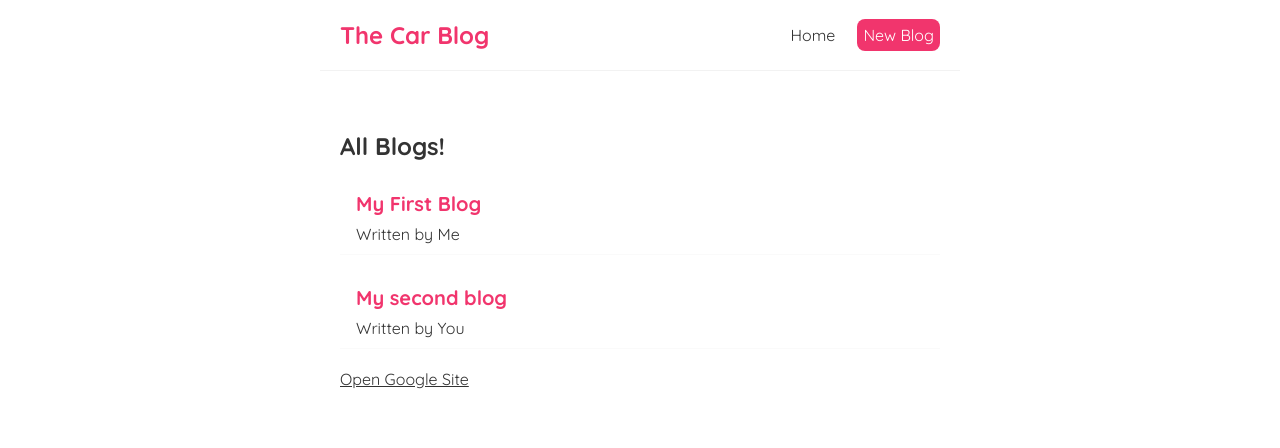
Repository: anuragkej/blogster
Page: /
These files come from the project's save history. The page is drawn as it stood at one moment and after the next save; the edit follows.
The browser window is 1280 px wide. The pictures show the whole page.
The project was rebuilt for these pictures with package versions that can differ from the ones it lists, and the page was loaded fresh each time. Requests to the local data server were answered from the project's data file.

Above is the page before, as saved 2024-09-05 14:32:37.

### src/index.css
@import url("https://fonts.googleapis.com/css2?family=Quicksand:wght@300;400;500;600;700&display=swap");

* {
  margin: 0;
  font-family: "Quicksand";
  color: #333;
}
.navbar {
  padding: 20px;
  display: flex;
  align-items: center;
  max-width: 600px;
  margin: 0 auto;
  border-bottom: 1px solid #f2f2f2;
}
.navbar h1 {
  color: #f1356d;
}
.navbar .links {
  margin-left: auto;
}
.navbar a {
  margin-left: 16px;
  text-decoration: none;
  padding: 6px;
}
.navbar a:hover {
  color: #f1356d;
}
.content {
  max-width: 600px;
  margin: 40px auto;
  padding: 20px;
}
/* blog previews / list */
.blog-preview {
  padding: 10px 16px;
  margin: 20px 0;
  border-bottom: 1px solid #fafafa;
}
.blog-preview:hover {
  box-shadow: 1px 3px 5px rgba(0, 0, 0, 0.1);
}
.blog-preview h2 {
  font-size: 20px;
  color: #f1356d;
  margin-bottom: 8px;
}

### src/App.js
import Navbar from "./Navbar";
import Home from "./Home";

function App() {
  const title = "Welcome to Blogster";
  const likes = 50;
  const link = "http://www.google.com";

  // react converts everything to string before outputting to browser, so don't need to worry about typecasting

  return (
    <div className="App">
      <Navbar></Navbar>
      <div className="content">
        <Home />

        <a href={link}>Open Google Site</a>
      </div>
    </div>
  );
}

export default App;

### src/Navbar.js
const Navbar = () => {
  return (
    <nav className="navbar">
      <h1>The Car Blog</h1>
      <div className="links">
        <a href="/">Home</a>
        <a
          href="/create"
          style={{
            color: "white",
            backgroundColor: "#f1356d",
            borderRadius: "8px",
          }}
        >
          New Blog
        </a>
      </div>
    </nav>
  );
};

export default Navbar;

### src/Home.js
import { useState, useEffect } from "react";
import BlogList from "./BlogList";

const Home = () => {
  const [blogs, setBlogs] = useState(null);

  const [name, setName] = useState("mario");

  const handleDelete = (id) => {
    const newBlogs = blogs.filter((blog) => blog.id !== id);
    setBlogs(newBlogs);
  };

  /* fires on initial render, so doesn't matter if code changes */
  useEffect(() => {
    fetch("http://localhost:8000/blogs")
      .then((res) => {
        return res.json();
      })
      .then((data) => {
        setBlogs(data);
      });
  }, []);

  return (
    <div className="home">
      {/* blos={blogs} is a prop */}
      {blogs && (
        <BlogList
          blogs={blogs}
          title="All Blogs!"
          handleDelete={handleDelete}
        />
      )}
      {/* <button onClick={() => setName("luigi")}>change name</button>
      <p>{name}</p> */}
    </div>
  );
};

export default Home;

### src/BlogList.js
const BlogList = ({ blogs, title }) => {
  //   const blogs = props.blogs;
  //   const title = props.title;
  //   const handleDelete = props.handleDelete;

  return (
    <div className="blog-list">
      <h2>{title}</h2>
      {blogs.map((blog) => (
        <div className="blog-preview" key={blog.id}>
          <h2>{blog.title}</h2>
          <p>Written by {blog.author}</p>
        </div>
      ))}
    </div>
  );
};

export default BlogList;

### data/db.json
{
  "blogs": [
    {
      "title": "My First Blog",
      "body": "Sample Body",
      "author": "Me",
      "id": 1
    },
    {
      "title": "My second blog",
      "body": "Another sample",
      "author": "You",
      "id": 2
    }
  ]
}

Loaded but not shown: public/index.html (common file); src/index.js (common file)

After the next save:
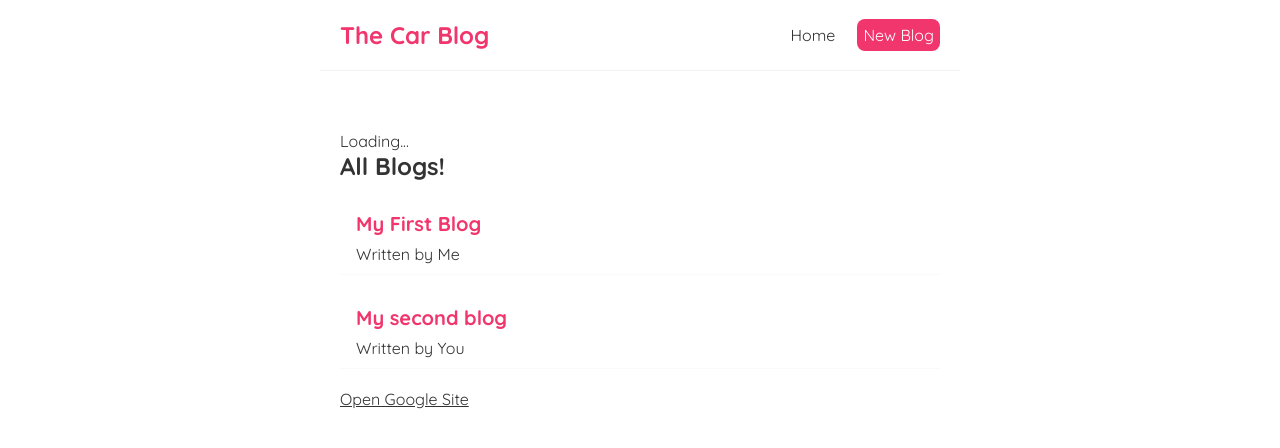
Saved 73 s later.
--- a/src/Home.js
+++ b/src/Home.js
@@ -3,13 +3,9 @@
 
 const Home = () => {
   const [blogs, setBlogs] = useState(null);
+  const [isPending, setIsPending] = useState(true);
 
   const [name, setName] = useState("mario");
-
-  const handleDelete = (id) => {
-    const newBlogs = blogs.filter((blog) => blog.id !== id);
-    setBlogs(newBlogs);
-  };
 
   /* fires on initial render, so doesn't matter if code changes */
   useEffect(() => {
@@ -25,13 +21,8 @@
   return (
     <div className="home">
       {/* blos={blogs} is a prop */}
-      {blogs && (
-        <BlogList
-          blogs={blogs}
-          title="All Blogs!"
-          handleDelete={handleDelete}
-        />
-      )}
+      {isPending && <div>Loading...</div>}
+      {blogs && <BlogList blogs={blogs} title="All Blogs!" />}
       {/* <button onClick={() => setName("luigi")}>change name</button>
       <p>{name}</p> */}
     </div>

After the save that followed:
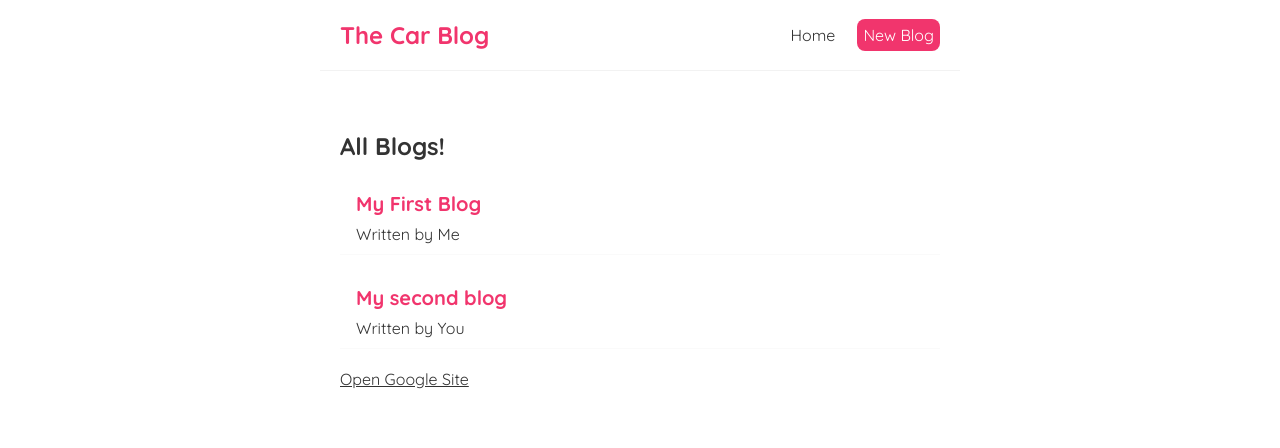
Saved 14 s later.
--- a/src/Home.js
+++ b/src/Home.js
@@ -15,6 +15,7 @@
       })
       .then((data) => {
         setBlogs(data);
+        setIsPending(false);
       });
   }, []);
 
